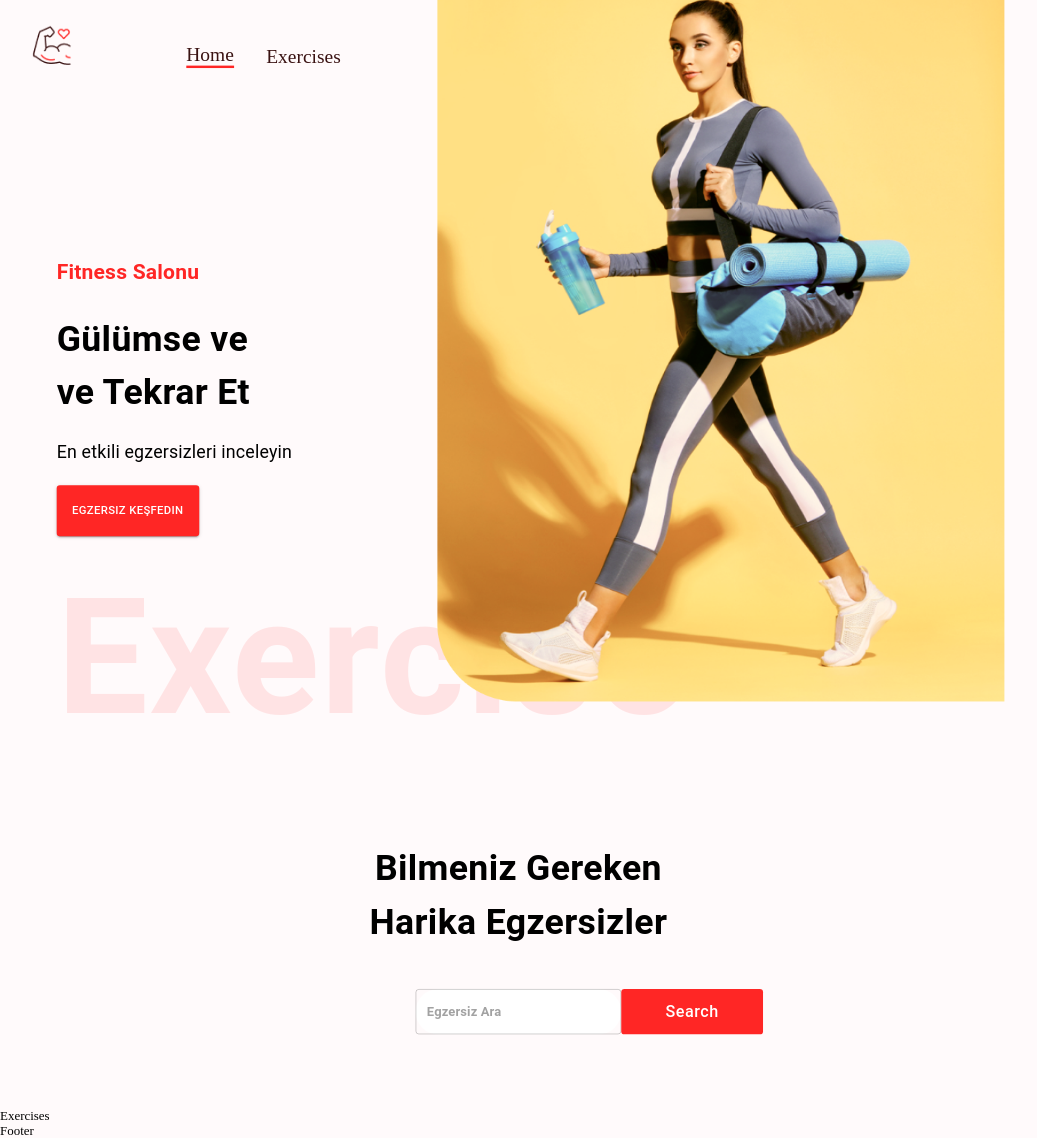
Repository: Kubraaygun/Gym_App
Page: /
An editor plug-in stored every save of this project. The page is shown before and after the next save, followed by the edit.
The browser window is 1280 px wide. The pictures show the whole page, at 81% of full size.
The project was rebuilt for these pictures with package versions that can differ from the ones it lists, and the page was loaded fresh each time. Also part of the build but not shown: src/pages/ExerciseDetail.js.

Above is the page before, as saved 2025-01-25 18:09:27.

### src/App.js
import React from "react";
import "./App.css";
import { Route, Routes } from "react-router-dom";
import { Box } from "@mui/material";

import Navbar from "./components/Navbar";
import Footer from "./components/Footer";
import ExerciseDetail from "./pages/ExerciseDetail";
import Home from "./pages/Home";

const App = () => {
  return (
    <Box width="400px" sx={{ width: { xl: "1488" } }} m="auto">
      <Navbar />
      <Routes>
        <Route path="/" element={<Home />} />
        <Route path="/exercise/:id" element={<ExerciseDetail />} />
      </Routes>
      <Footer />
    </Box>
  );
};

export default App;

### src/components/Navbar.js
import React from "react";
import { Link } from "react-router-dom";
import { Stack } from "@mui/material";
import Logo from "../assets/images/Logo.png";
const Navbar = () => {
  return (
    <Stack
      direction="row"
      justifyContent="space-around"
      sx={{
        gap: { sm: "122px", sx: "40px" },
        mt: { sm: "32px", xs: "20px" },
        justifyContent: "none",
      }}
      px="20px"
    >
      <Link>
        <img
          src={Logo}
          alt="logo"
          style={{ width: "48px", height: "48px", margin: "0 20px" }}
        />
      </Link>
      <Stack direction="row" gap="40px" fontSize="24px" alignItems="flex-end">
        <Link
          to="/"
          style={{
            textDecoration: "none",
            color: "#3A1212",
            borderBottom: "3px solid #FF2625",
          }}
        >
          Home
        </Link>
        <a
          href="#exercises"
          style={{
            textDecoration: "none",
            color: "#3A1212",
          }}
        >
          Exercises
        </a>
      </Stack>
    </Stack>
  );
};

export default Navbar;

### src/pages/Home.js
import React, { useState } from "react";
import { Box } from "@mui/material";
import SearchExercises from "../components/SearchExercises";
import Exercises from "../components/Exercises";
import HeroBanner from "../components/HeroBanner";

const Home = () => {
  return (
    <Box>
      <HeroBanner />
      <SearchExercises />
      <Exercises />
    </Box>
  );
};

export default Home;

### src/components/SearchExercises.js
import React, { useState, useEffect } from "react";
import { Box, Button, Stack, TextField, Typography } from "@mui/material";
const SearchExercises = () => {
  return (
    <Stack alignItems="center" mt="37px" justifyContent="center" p="20px">
      <Typography
        fontWeight={700}
        sx={{ fontSize: { lg: "44px", sx: "30px" } }}
        mb="50px"
        textAlign="center"
      >
        Bilmeniz Gereken <br /> Harika Egzersizler
      </Typography>
      <Box position="relative" mb="72px">
        <TextField
          sx={{
            input: { fontWeight: "700", border: "none", borderRadius: "4px" },
            width: { lg: "800", xs: "350" },
            backgroundColor: "#fff",
            borderRadius: "40px",
          }}
          height="76px"
          value=""
          onChange={(e) => {}}
          placeholder="Egzersiz Ara"
          type="text"
        />
        <Button
          className="search-btn"
          sx={{
            bgcolor: "#FF2625",
            color: "#fff",
            textTransform: "none",
            width: { lg: "175px", sx: "80px" },
            fontSize: { lg: "20px", sx: "14px" },
            height: "56px",
            position: "absolute",
          }}
        >
          Search
        </Button>
      </Box>
    </Stack>
  );
};

export default SearchExercises;

### src/components/HeroBanner.js
import React from "react";
import { Box, Stack, Typography, Button } from "@mui/material";
import HeroBannerImage from "../assets/images/banner.png";

const HeroBanner = () => {
  return (
    <Box
      sx={{ mt: { lg: "212px", sx: "70px" }, ml: { sm: "50px" } }}
      position="relative"
      p="20px"
    >
      <Typography color="#FF2625" fontWeight="600" fontSize="26px">
        Fitness Salonu
      </Typography>
      <Typography
        fontWeight={700}
        sx={{ fontSize: { lg: "44px", sx: "40px" } }}
        mb="23px"
        mt="30px"
      >
        Gülümse ve <br /> ve Tekrar Et
      </Typography>
      <Typography fontSize="22px" lineHeight="35px" mb={3}>
        En etkili egzersizleri inceleyin
      </Typography>
      <Button
        variant="contained"
        color="error"
        href="#exercises"
        sx={{ backgroundColor: "#ff2625", padding: "19px" }}
      >
        Egzersiz keşfedin
      </Button>
      <Typography
        fontWeight={600}
        color="#ff2625"
        sx={{ opacity: 0.1, display: { lg: "block", xs: "none" } }}
        fontSize="200px"
      >
        Exercise
      </Typography>
      <img src={HeroBannerImage} alt="banner" className="hero-banner-img" />
    </Box>
  );
};

export default HeroBanner;

Loaded but not shown: public/index.html (common file); src/index.js (common file); src/App.css (common file); src/components/Footer.js (common file); src/components/Exercises.js (common file)

After the next save:
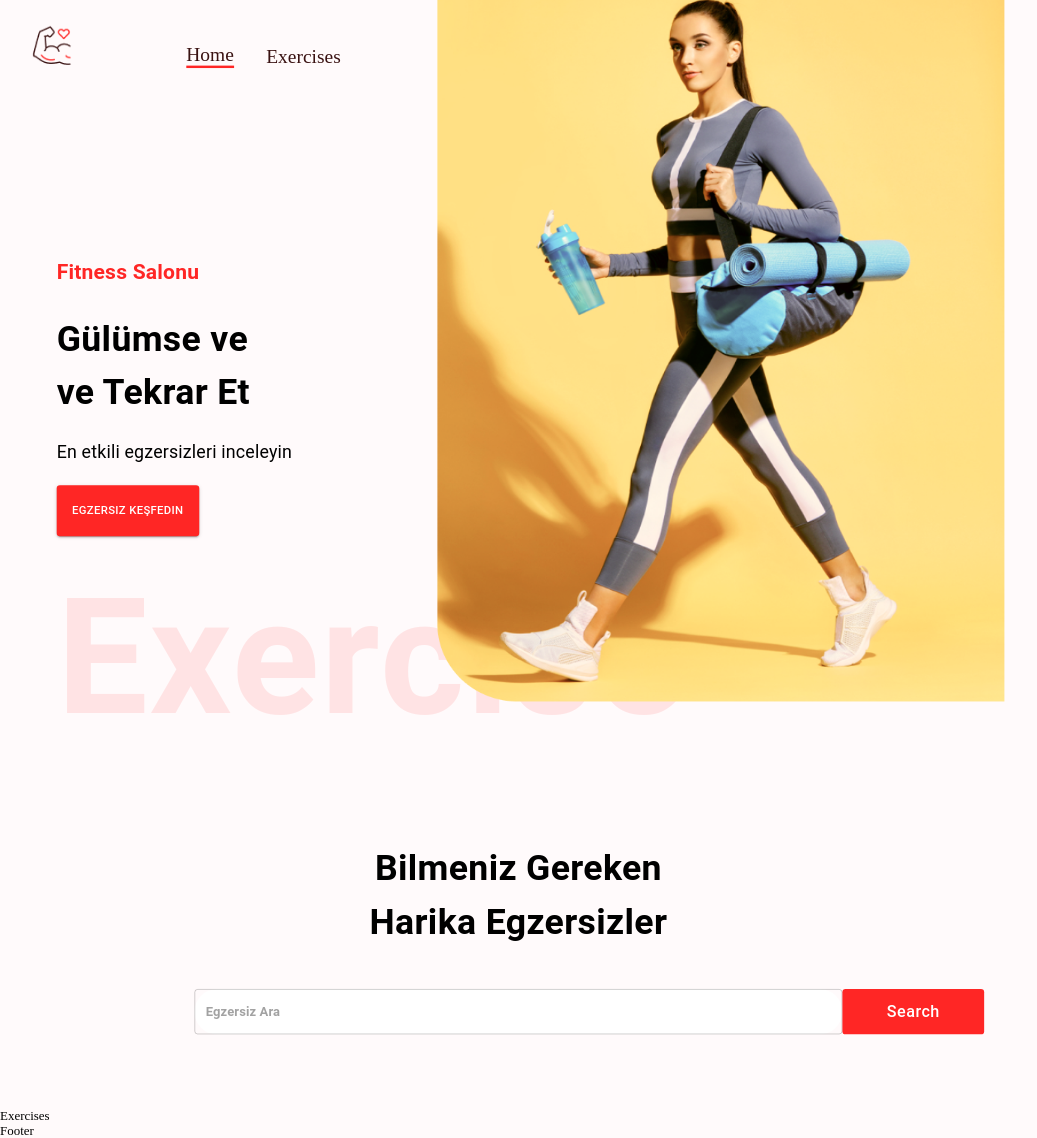
Saved 2 min 15 s later.
--- a/src/components/SearchExercises.js
+++ b/src/components/SearchExercises.js
@@ -15,7 +15,7 @@ const SearchExercises = () => {
         <TextField
           sx={{
             input: { fontWeight: "700", border: "none", borderRadius: "4px" },
-            width: { lg: "800", xs: "350" },
+            width: { lg: "800px", xs: "350px" },
             backgroundColor: "#fff",
             borderRadius: "40px",
           }}
